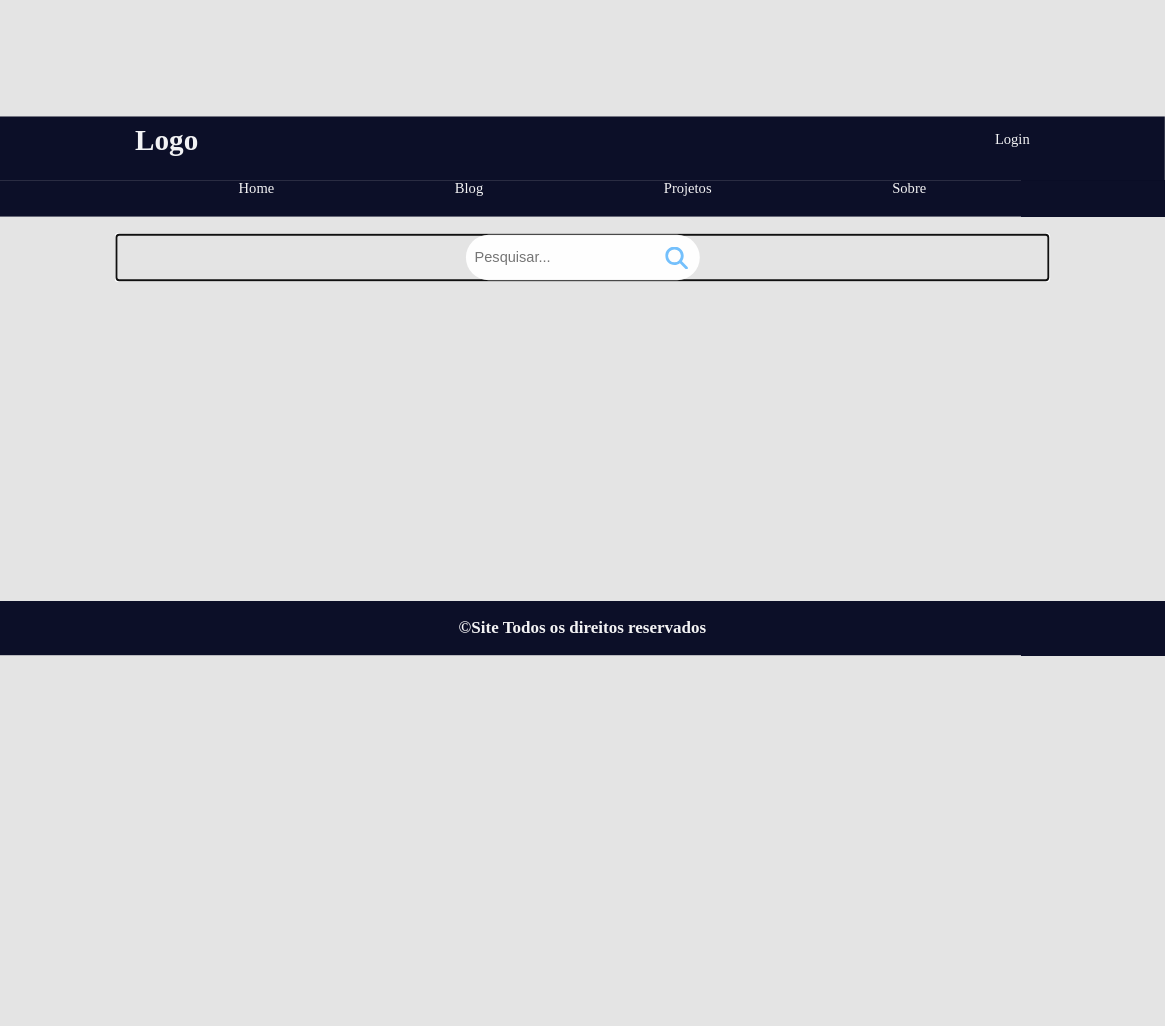
Repository: SauloMorais01/mysitefront-end
Page: src/pages/blog.html
The author's editor kept a copy of each file at every save. The page is drawn from the files as they stood at one save, then again after the next save.
The browser window is 1280 px wide. The pictures show the whole page, at 91% of full size.
The first visible `.search-item` has the focus.
Some web libraries are served in a nearby version.

Above is the page before, as saved 2024-11-03 14:04:47.

After the next save:
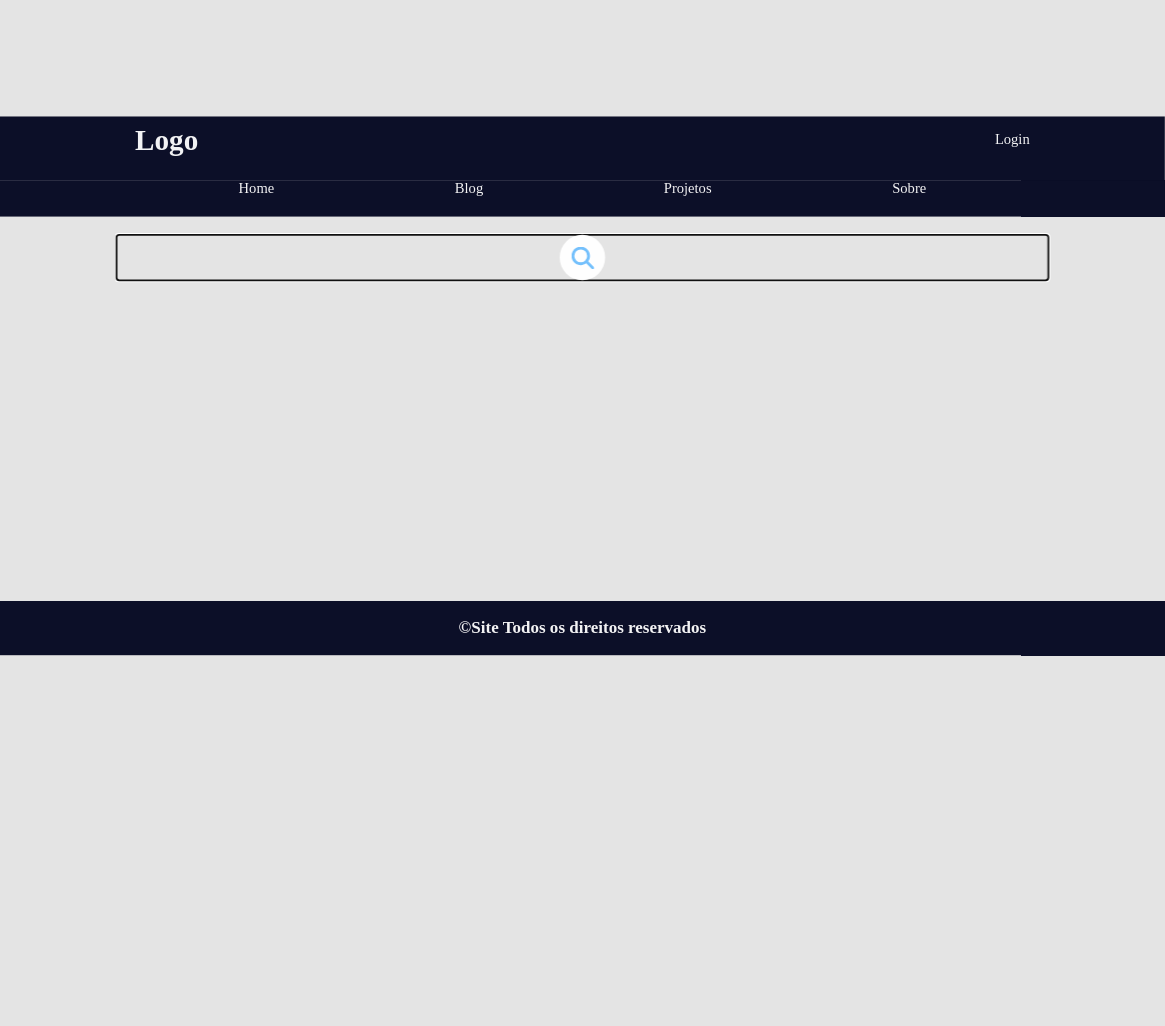
Saved 19 s later.
--- a/src/css/style.css
+++ b/src/css/style.css
@@ -207,7 +207,7 @@ footer h3 {
     display: none;
 }
 
-.search-item:focus .search-text {
+.search-item:focus .search-item:hover .search-text {
     width: 80%;
     cursor: pointer;
 }
